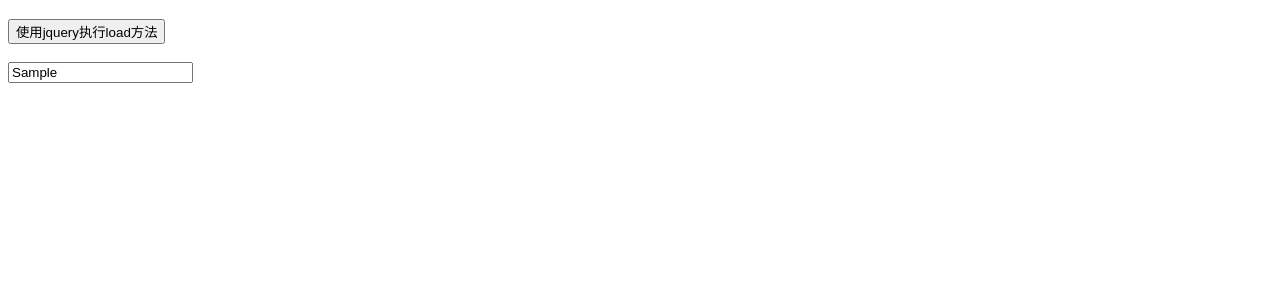
Repository: ChengqunYang/JAVA
Page: http://localhost/ajax/Demo04.jsp
The author's editor kept a copy of each file at every save. The page is drawn from the files as they stood at one save, then again after the next save.
The browser window is 1280 px wide. The pictures show the whole page.
Empty fields were first filled with sample values (such as "Sample", 5 or name@example.com).
After loading, the first visible `input` was clicked once.
The page is served by Tomcat 9. Other server files are loaded and not shown.

Above is the page before, as saved 2019-04-23 09:55:08.
Console error: ReferenceError: request is not defined

### ajax/WebContent/Demo04.jsp
<%@ page language="java" contentType="text/html; charset=UTF-8"
    pageEncoding="UTF-8"%>
<!DOCTYPE html PUBLIC "-//W3C//DTD HTML 4.01 Transitional//EN" "http://www.w3.org/TR/html4/loose.dtd">
<html>
<head>
<meta http-equiv="Content-Type" content="text/html; charset=UTF-8">
<title>Insert title here</title>
<script type="text/javascript" src="js/jquery-1.11.0.js"></script>
<script type="text/javascript">
	function load() {
		//$("#text01").load("/ajax/DemoServlet02");
		$("#text01").load("/ajax/DemoServlet02",function(responseText,statusTXT, xhr){
			$("#text01").val(request.responseText);
		});
	}

</script>
</head>
<body>

<h3><input type="button" onclick = "load()" value = "使用jquery执行load方法"> </h3>


<input type="text" id="text01">
</body>
</html>

### ajax/src/servlet/DemoServlet02.java
package servlet;

import java.io.IOException;
import javax.servlet.ServletException;
import javax.servlet.http.HttpServlet;
import javax.servlet.http.HttpServletRequest;
import javax.servlet.http.HttpServletResponse;

/**
 * Servlet implementation class DemoServlet02
 */
public class DemoServlet02 extends HttpServlet {
	/**
	 * @see HttpServlet#doGet(HttpServletRequest request, HttpServletResponse response)
	 */
	protected void doGet(HttpServletRequest request, HttpServletResponse response) throws ServletException, IOException {
		System.out.println("澗돕죄헝헹");
		response.setContentType("text/html;charset=UTF-8");
		request.setCharacterEncoding("UTF-8");
		response.getWriter().write("못퀭寧룀鑒앴");
	}

	/**
	 * @see HttpServlet#doPost(HttpServletRequest request, HttpServletResponse response)
	 */
	protected void doPost(HttpServletRequest request, HttpServletResponse response) throws ServletException, IOException {
		doGet(request, response);
	}

}

Loaded but not shown: ajax/WebContent/js/jquery-1.11.0.js (library)

After the next save:
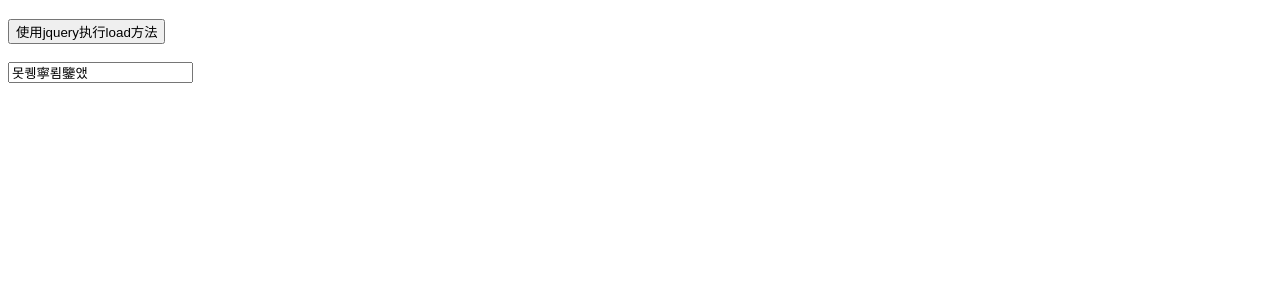
The error is gone.
Saved 2 min 58 s later.
--- a/ajax/WebContent/Demo04.jsp
+++ b/ajax/WebContent/Demo04.jsp
@@ -10,7 +10,7 @@
 	function load() {
 		//$("#text01").load("/ajax/DemoServlet02");
 		$("#text01").load("/ajax/DemoServlet02",function(responseText,statusTXT, xhr){
-			$("#text01").val(request.responseText);
+			$("#text01").val(responseText);
 		});
 	}
 
